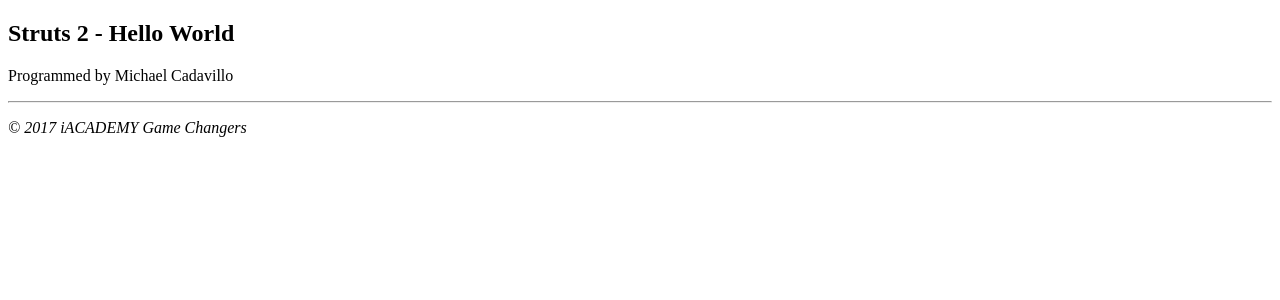
Repository: MichaelCadavillo/ENTJAV2
Page: http://localhost/code14-Struts2-HelloWorld/helloworld.jsp
The author's editor kept a copy of each file at every save. The page is drawn from the files as they stood at one save, then again after the next save.
The browser window is 1280 px wide. The pictures show the whole page.
The page is served by Tomcat 9. Nobody is signed in. The application's start-up code is not run.

Above is the page before, as saved 2017-09-05 05:55:55.

After the next save:
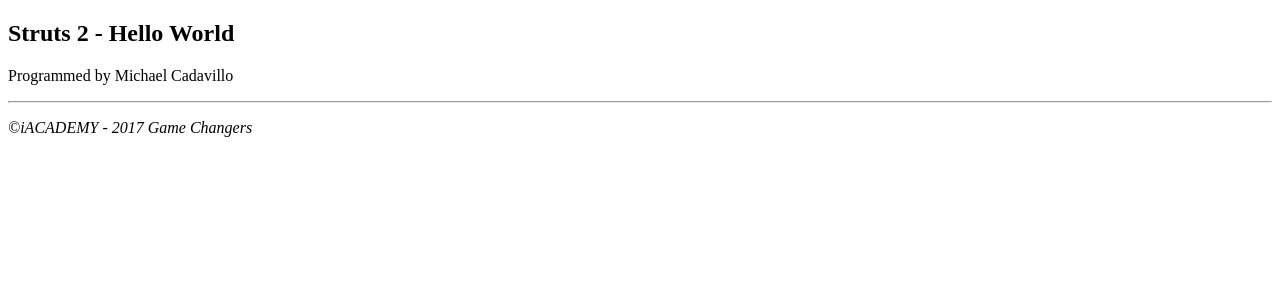
Saved 13 s later.
--- a/code14-Struts2-HelloWorld/WebContent/helloworld.jsp
+++ b/code14-Struts2-HelloWorld/WebContent/helloworld.jsp
@@ -10,6 +10,6 @@
 	<h2>Struts 2 - Hello World</h2>
 	<p>Programmed by Michael Cadavillo</p>
 	<hr>
-	<p><i>&copy; 2017 iACADEMY Game Changers</i></p>
+	<p><i>&copy;iACADEMY - 2017 Game Changers</i></p>
 </body>
 </html>
